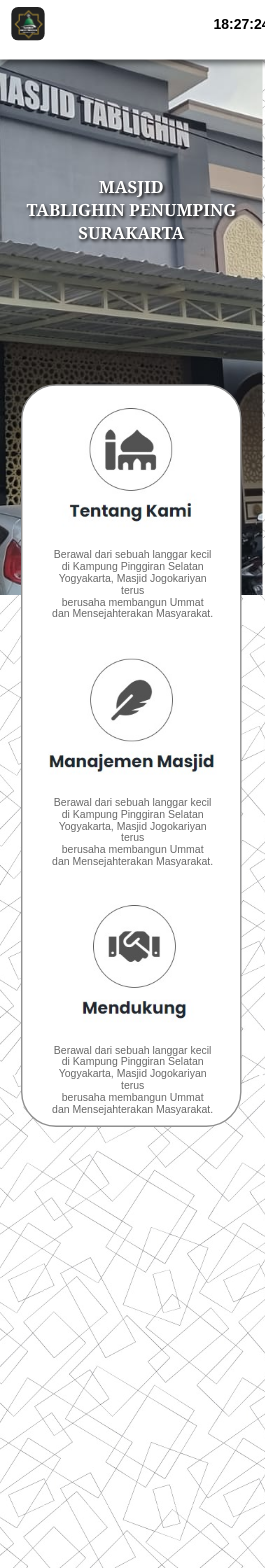
Repository: Mahesa1119/Masjid-Tablighin
Page: index.html
The author's editor kept a copy of each file at every save. The page is drawn from the files as they stood at one save, then again after the next save.
The browser window is 375 px wide. The page is 379 px wide, so the pictures cover 379 px, including what lies to the right of the window. The pictures show the part of the page from y = 0 to 2240 px (the page is 5183 px tall), at 70% of full size.
Backgrounds fixed to the window are drawn as part of the page.

Above is the page before, as saved 2024-11-22 20:53:47.

After the next save:
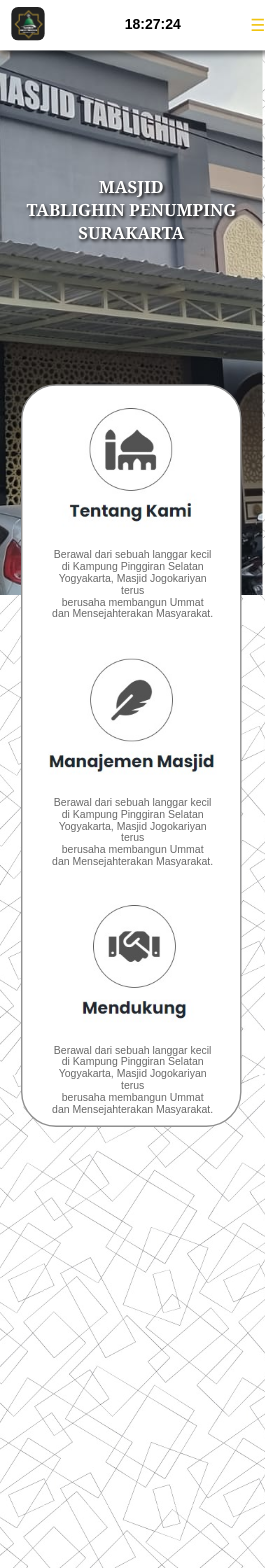
Saved 98 s later.
--- a/style.css
+++ b/style.css
@@ -415,15 +415,48 @@
         justify-content: center;
     }
 
-    .header nav a {
+    .menu-toggle {
+        display: flex;
+        flex-direction: column;
+        justify-content: space-between;
+        cursor: pointer;
+    }
+
+    .hamburger {
+        display: block;
+        font-weight: lighter;
+    }
+
+    .menu-toggle .bar {
+        display: block;
+        background-color: transparent;
+    }
+
+    .nav-list {
         display: none;
         flex-direction: column;
+        align-items: end;
+        position: absolute;
+        top: 50px;
+        right: 0;
+        background-color: transparent;
         width: 100%;
-    }
-
-    .menu-icon {
-        display: block;
-        text-align: end;
+        padding-top: 0 ;
+        padding-right: 20px;
+        z-index: 10;
+    }
+
+    .nav-list.active {
+        display: flex; /* Ditampilkan saat tombol hamburger diklik */
+    }
+
+    .nav-list li {
+        margin: 10px 0;
+        text-align: center;
+    }
+
+    .nav-list li a {
+        font-size: 16px;
     }
 
     .logo img {
